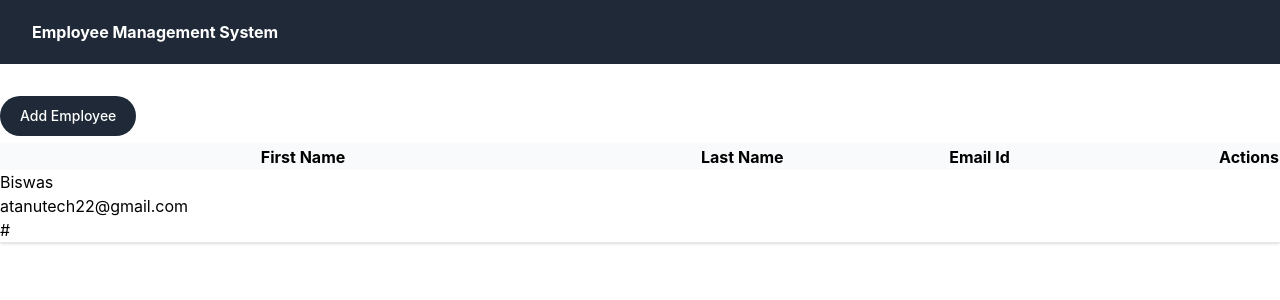
Repository: Atanu484/Full-Stack-Employee-Management-System
Page: / (app in employee-system-frontend/)
The author's editor kept a copy of each file at every save. The page is drawn from the files as they stood at one save, then again after a run of saves.
The browser window is 1280 px wide. The pictures show the whole page.
The project was rebuilt for these pictures with package versions that can differ from the ones it lists, and the page was loaded fresh each time. Also part of the build but not shown: employee-system-frontend/src/App.css, employee-system-frontend/src/services/EmployeeService.js, employee-system-frontend/src/components/AddEmployee.js.

Above is the page before, as saved 2022-08-15 05:00:15.

After the next 2 saves:
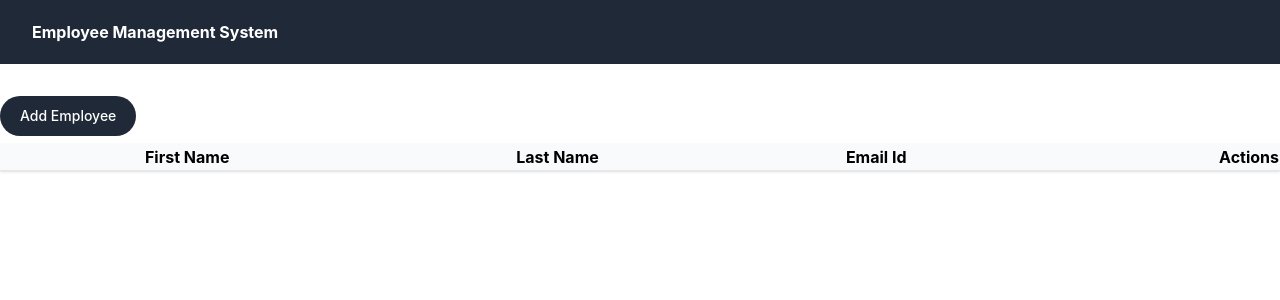
The 2 saves are shown as one change because they came seconds apart.
The last was saved 8 s later.
--- a/employee-system-frontend/src/components/EmployeeList.js
+++ b/employee-system-frontend/src/components/EmployeeList.js
@@ -17,10 +17,7 @@ const EmployeeList = () => {
                         </tr>
                     </thead>
                     <tbody className='bg-white'>
-                        <tr ></tr>
-                        <tr>Biswas</tr>
-                        <tr>atanutech22@gmail.com</tr>
-                        <tr>#</tr>
+
                     </tbody>
                 </table>
             </div>
